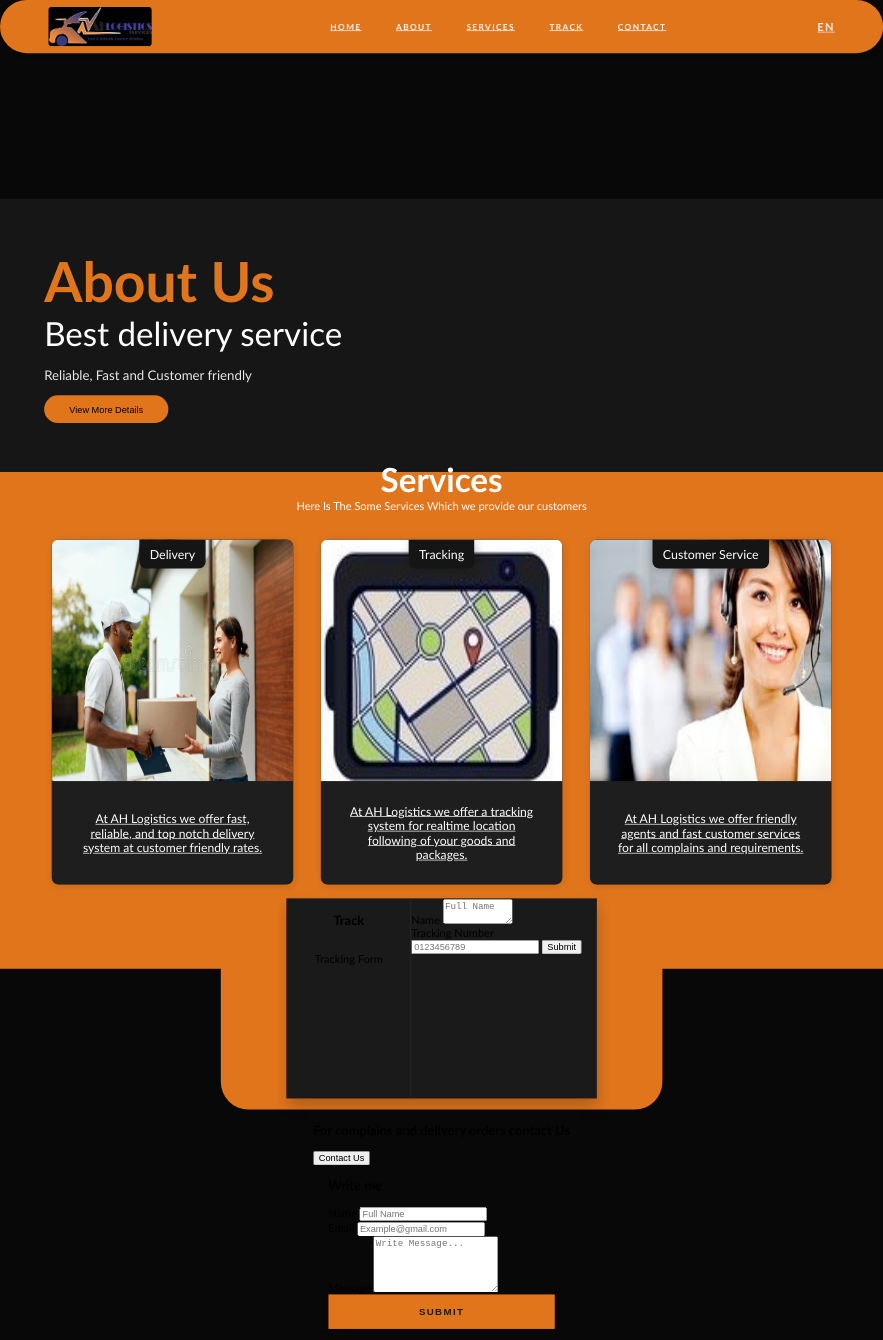
Repository: TheSecretlifeOfX/Ah-Logistics
Page: index.html
These files come from the project's save history. The page is drawn as it stood at one moment and after the next save; the edit follows.
The browser window is 1280 px wide. The pictures show the whole page, at 69% of full size.

Above is the page before, as saved 2022-03-02 14:58:10.

### index.html
<html>
<head>
<meta charset="utf-8">
<meta http-equiv="X-UA-Compatible" content="IE-edge">
<meta name="viewport" content="width=device-width, intial-scale=1.0">
<title>Logistics Website</title>
<link rel="stylesheet" href="./css/home.css">
</head>
<body>
<section id="main">
	<nav>
	<a href="#" class="logo"><img src="images/logo.jpg"></a>
	<div class="toggle"></div>
	<ul class="menu">
	<li class="active"><a href="#main" >Home</a></li>
	<li><a href="#about">About</a></li>
	<li><a href="#services">Services</a></li>
	<li><a href="#Tracking-Form">Track</a></li>
    <li><a href="#contact-form">Contact</a></li>
	</ul>
	<a href="#" class="lang">En</a>
	</nav>
    </section>
</div>
<section id="about">
	<div class="about-text">
	<h1>About Us</h1>
	<h2>Best delivery service</h2>
	<p>Reliable, Fast and Customer friendly</p>
	<button>View More Details</button>
	</div>
</section>
<section id="services">
<div class="s-heading">
<h1>Services</h1>
<p>Here Is The Some Services Which we provide our customers</p>
</div>
<div class="b-container">
<div class="s-box">
<div class="s-b-img">
    <div class="s-type">Delivery</div>
    <img src="images/delivery.jpg">
</div>
<div class="s-b-text">
<a href="#">At AH Logistics we offer fast, reliable, and top notch delivery system at customer friendly rates.</a>
</div>
</div>
<div class="s-box">
<div class="s-b-img">
    <div class="s-type">Tracking</div>
    <img src="images/track.jpg">
</div>
<div class="s-b-text">
<a href="#">At AH Logistics we offer a tracking system for realtime location following of your goods and packages.</a>
</div>
</div>
<div class="s-box">
<div class="s-b-img">
    <div class="s-type">Customer Service</div>
    <img src="images/customer.jpg">
</div>
<div class="s-b-text">
<a href="#">At AH Logistics we offer friendly agents and fast customer services for all complains and requirements.</a>
</div>
</div>
</div>
</div>
<section id=Tracking-Form>
<form>
<div class="Track-left">
<h1 class=T-1-Heading>Track</h1>
<p class=T-2-Body>Tracking Form</p></div>
<div class="Track-right">
	<div class="C-Name">
	<font >Name</font>
	<textarea name="message" rows="2" cols="10" placeholder="Full Name"></textarea>
	<div class="f-Num">
		<font >Tracking Number</font>
		<input type="Number" placeholder="0123456789"/>
	<button>Submit</button>
</section>
</form>
<section id="contact-btn">
	<h1 class="c-b-heading">For complains and delivery orders contact Us</h1>
		<button >Contact Us</button>
	</section>
<!--contact-form------------------->
<section id="contact-form">
<form>
<!--left--------------------------------------->
<div class="contact-left">
<h1 class="c-l-heading">Write me</h1>
<div class="f-name">
<font >Name</font>
<input type="text" placeholder="Full Name"/>
</div>
<div class="f-email">
<font >Email</font>
<input type="email" placeholder="Example@gmail.com"/>
</div>
</div>
<div class="contact-right">

<div class="message">
<font >Message</font>
<textarea name="message" rows="5" cols="20" placeholder="Write Message..."></textarea>
<button>Submit</button>
</div>
</form>
</section>
</section>
</body>
</html>

### css/home.css
body{
	margin:0px;
	padding:0px;
	background-color: #080808;
	background-size: 100%;
	min-height: 100vh;
	}
	#main{
		width:100%;
		height: 40vh;
		}
		nav{
			display:flex;
			justify-content: space-between;
			align-items: center;
			text-transform: uppercase;
			font-weight: 600;
			letter-spacing: 2px;
			font-family: calibri;
			top: 0;
			left: 10px;
			width:100%;
			box-sizing: border-box;
			padding: 5px 70px;
			background-color:#e0751c;
			box-shadow:2px 2px 12px rgba(0,0,0,0.05);
			z-index: 1;
			border-radius: 50px;
			}
			.menu{
			display: flex;

			}
			.menu li a{
			padding: 10px 25px;
			color:#f8f8fa;
			font-size: 12px;
			display:inline-block;
			}
			li{display:inline-block}
			.lang{
			color:#f3ecec;
			}
			.logo > img {
				width: 100%;
				height: 100%;
				max-width: 150px;
				display: flex;
				justify-content: center;
				align-items: center;
				text-align: center;
				margin-left: 0px;
				border-radius: 5px;
				 }
			.toggle{
			display: none;
			}
			.menu li a:hover{
			background-color:#292929;
			color:#FFF!important;
			font-weight: bold;
			transition: all ease 0.4s;
			}
			.lang:hover{
				background-color:#292929;
			color:#FFF!important;
			font-weight: bold;
			transition: all ease 0.4s;
			}
			#about{
				width:100%;
				height: 55vh;
				background-color:#161616;
				box-sizing: border-box;
				display: flex;
				align-items: center;
				justify-content: space-between;
				padding: 0px 5% 0px 5%;
			}
			.about-text{
				font-family: calibri;
				width: 50%;
			}
			.about-text h1{
				font-size: 5rem;
				color:#e0751c;
			}
			.about-text h2{
				font-size: 3rem;
				color:#FFFFFF;
				font-weight: 400;
			}
			.about-text h1,h2{
				margin: 0px;
				padding: 0px;
			}
			.about-text p{
				font-size: 1.2rem;
				color:rgba(255,255,255,0.90);

			}
			.about-text button{
				width: 180px;
				height: 40px;
				border-radius: 20px;
				border: none;
				outline: none;
				background-color:#e0751c;
			}
			.about-text button:hover{
				background-color: #FFFFFF;
				transition: all ease 0.3s;
			}
			#services{
				width:100%;
			height:100vh;
			box-sizing: border-box;
			font-family: calibri;
			display: flex;
			flex-direction: column;
			align-items: center;
			justify-content: center;
			padding-top: 500px ;
			background-color:#e0751c;
		}

		.s-heading h1{
			color:#FFFFFF;
			font-size: 3rem;
			margin: 0px;
			padding: 0px;

		}
		.s-heading p{
			color:rgb(255, 255, 255);
			font-size: 1rem;
			margin: 0px;
			padding: 0px;
		}
		.s-heading{
			text-align: center;
			margin: 20px 0px;
		}
		.s-box{
			background-color: #2B2B2B;
			width:350px;
			height: 500px;
			margin: 20px;
			border-radius: 10px;
			overflow: hidden;
			box-shadow: 2px 2px 12px rgba(0,0,0,0.1);
			position: relative;
		}
		.b-container{
			display: flex;
			justify-content: center;
			align-content: center;


		}
		.s-b-img{
			width: 100%;
			height: 70%;

		}
		.s-b-img img{
			width:100%;
			height: 100%;

		}
		.s-b-text{
			width: 100%;
			height: 30%;
			background-color:#1E1E1E;
			display:flex;
			justify-content: center;
			align-items: center;
			text-align: center;
		}
		.s-b-text a{
			margin: 0px;
			color:#FFFFFF;
			font-size: 1.1rem;
			font-family: calibri;
			display: block;
			display: -webkit-box;
			max-width: 80%;
			-webkit-line-clamp: 4;
			-webkit-box-orient: vertical;
			overflow: hidden;
			text-overflow: ellipsis;
		}
		.s-b-text a:hover{
			color:rgba(255,255,255,0.50)
		}
		.s-type{
			font-family: calibri;
			color:#FFFFFF;
			background-color: #151515;
			padding: 10px 15px;
			position: absolute;
			top: 0px;
			left: 50%;
			transform: translateX(-50%);
			font-size: 18px;
			border-radius: 0px 0px 10px 10px;
			box-shadow: 2px 2px 12px rgba(0,0,0,0.2);
		}
		.s-box:hover{
			transform:translateY(-10px);
			transition: all ease 0.3s;

		}
		#Tracking-Form{
			width: 50%;
			height: 100vh;
			display: flex;
			justify-content: center;
			align-items: center;
			background-color:#e0751c;
			border-radius: 40px;
		}
		#Tracking-Form form{
			display: flex;
			width: 70%;
			height: 40vh;
			background-color: #1A1A1A;
			box-shadow: 2px 12px 20px rgba(0,0,0,0.2);
			border: 1px solid rgba(255,255,255,0.01)
		}
		.Track-left{
			width: 40%;
			height: 100%;
			display: flex;
			flex-direction: column;
			align-items: center;
		}
		.Track-right{
			width: 60%;
			height: 100%;
			box-sizing: border-box;
			display: flex;
			flex-direction: column;
			justify-content: space-between;
			border-left: 1px solid rgba(255,255,255,0.08);
		}
		.contact-right button{
			width: 100%;
			height: 50px;
			background-color: #e0751c;
			font-weight: bold;
			outline: none;
			border: none;
			margin: 0px;
			color:#1B1B1B;
			font-size: 14px;
			text-transform: uppercase;
			letter-spacing: 2px;
		}

After the next save:
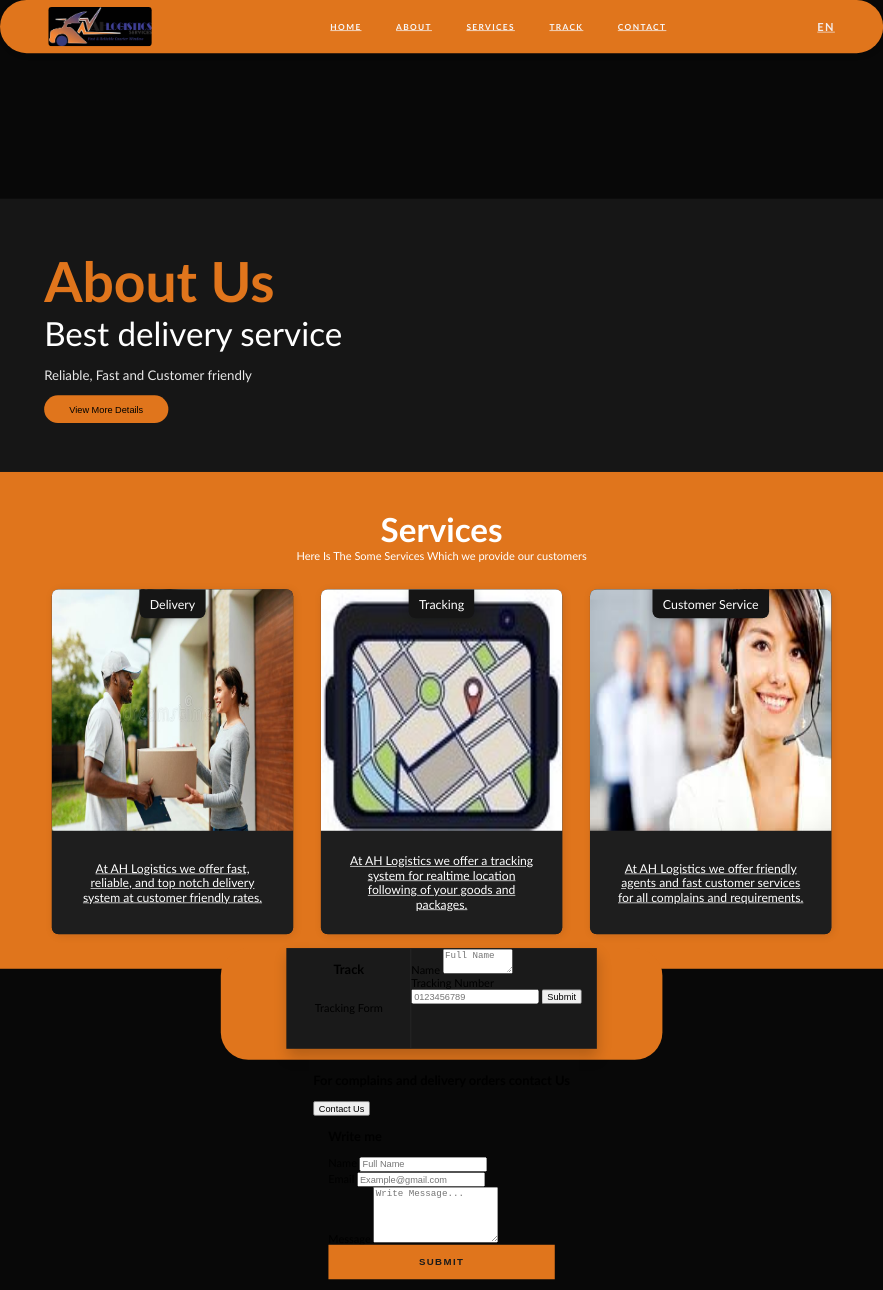
Saved 47 s later.
--- a/css/home.css
+++ b/css/home.css
@@ -223,7 +223,7 @@ body{
 		#Tracking-Form form{
 			display: flex;
 			width: 70%;
-			height: 40vh;
+			height: 20vh;
 			background-color: #1A1A1A;
 			box-shadow: 2px 12px 20px rgba(0,0,0,0.2);
 			border: 1px solid rgba(255,255,255,0.01)
